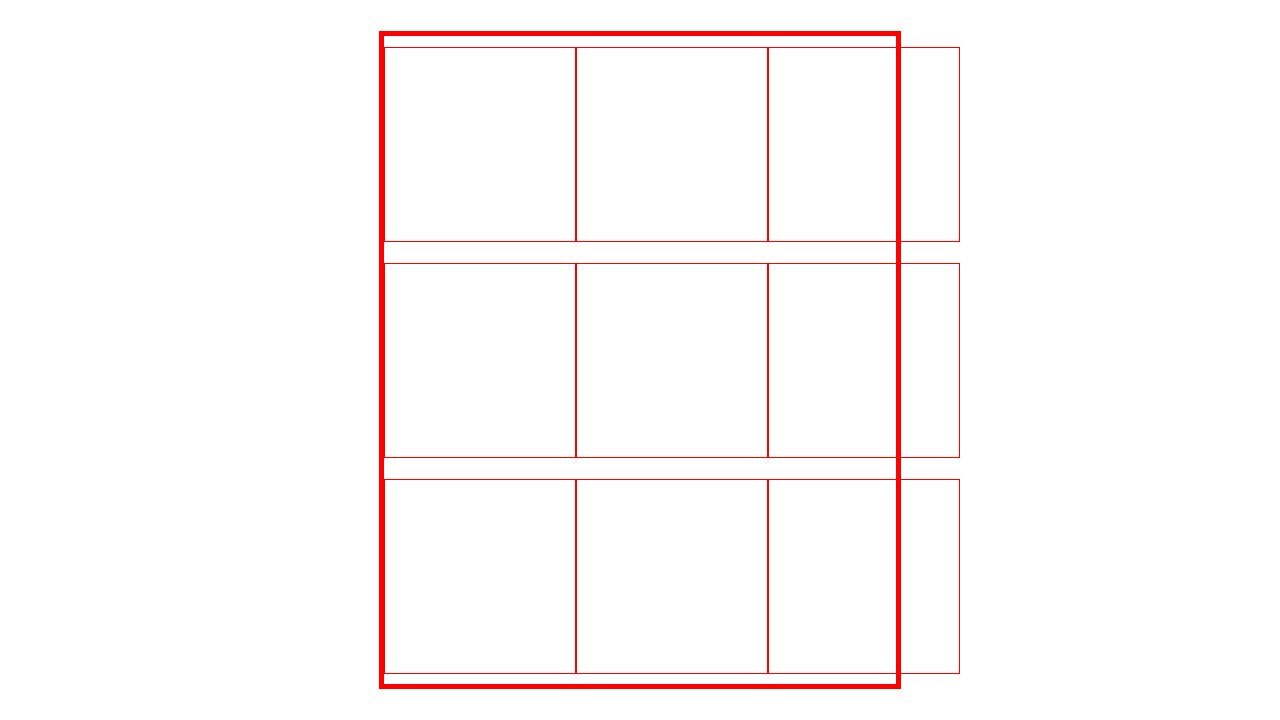
Repository: kocokoy/TOP-tic-tac-toe
Page: index.html
An editor plug-in stored every save of this project. The page is shown before and after a run of saves, followed by the edit.
The browser window is 1280 px wide. The pictures show the whole page.

Above is the page before, as saved 2024-11-07 14:51:37.

After the next 2 saves:
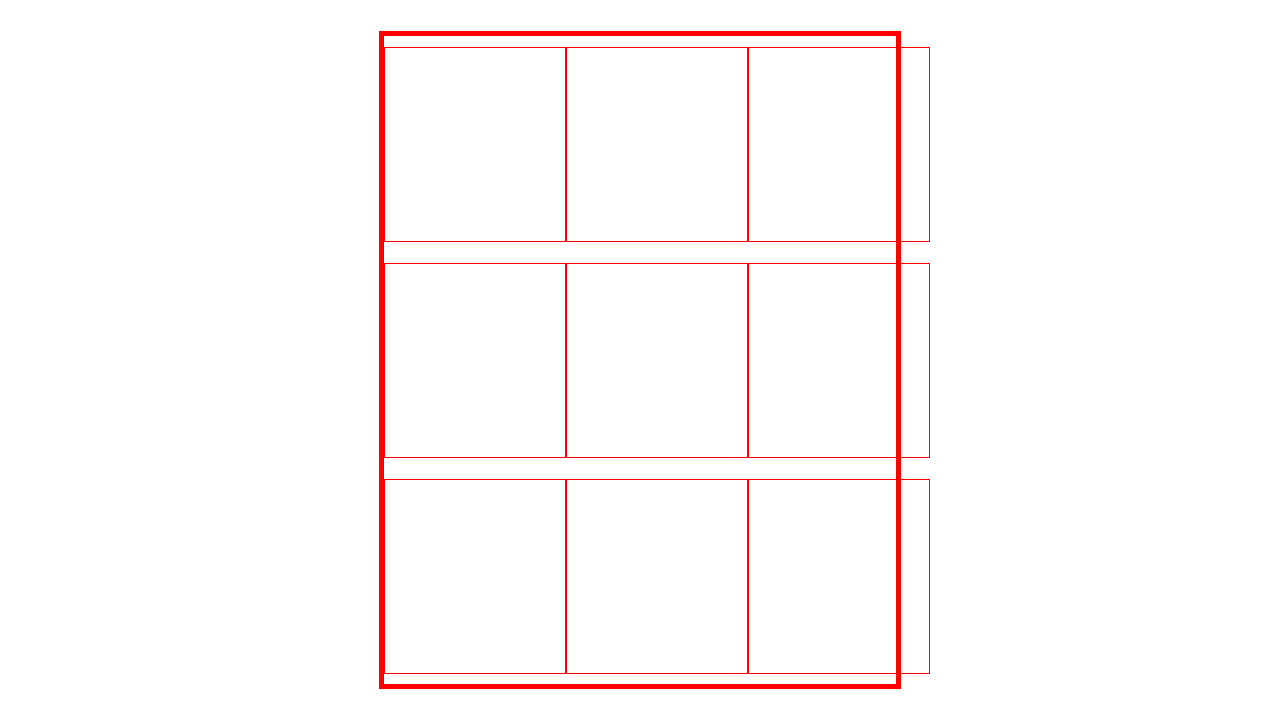
The 2 saves are shown as one change because they came seconds apart.
The last was saved 7 s later.
--- a/styles/style.css
+++ b/styles/style.css
@@ -22,7 +22,7 @@ body{
 .gameboard div{
   border: 1px solid red;
   height: 193px;
-  width: 190px;
+  width: 180px;
   cursor: pointer;
   color: tomato;
   display: flex;
